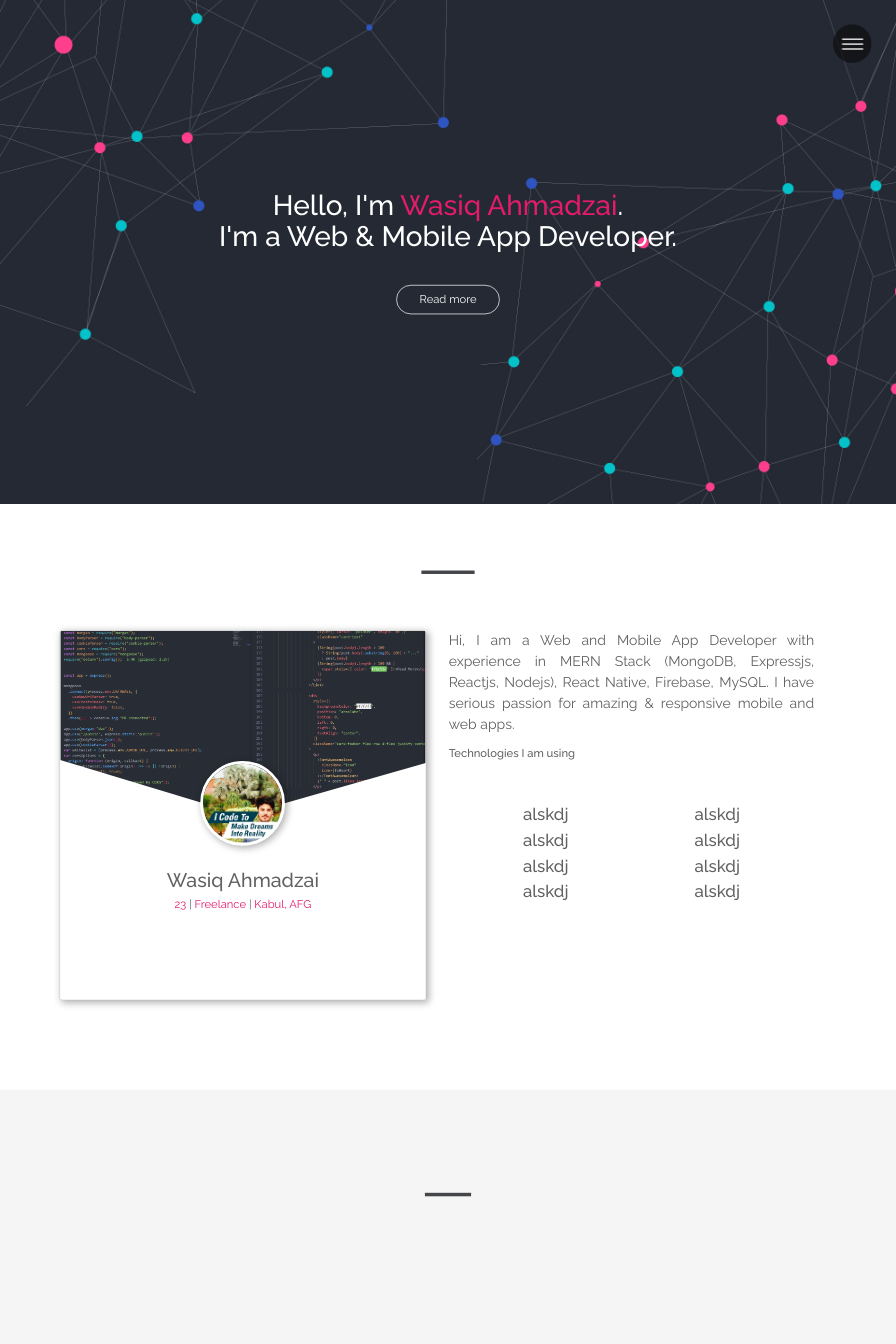
Repository: wasiqkhan/wasiqkhan.github.io
Page: index.html
The author's editor kept a copy of each file at every save. The page is drawn from the files as they stood at one save, then again after the next save.
The browser window is 1280 px wide. The pictures show the part of the page from y = 0 to 1920 px (the page is 5002 px tall), at 70% of full size.
Some web fonts or font styles are not loaded; a fallback is used.

Above is the page before, as saved 2020-11-06 17:44:22.
Not found: js/all.js
Not found: js/app.js
Not found: js/particles.js

After the next save:
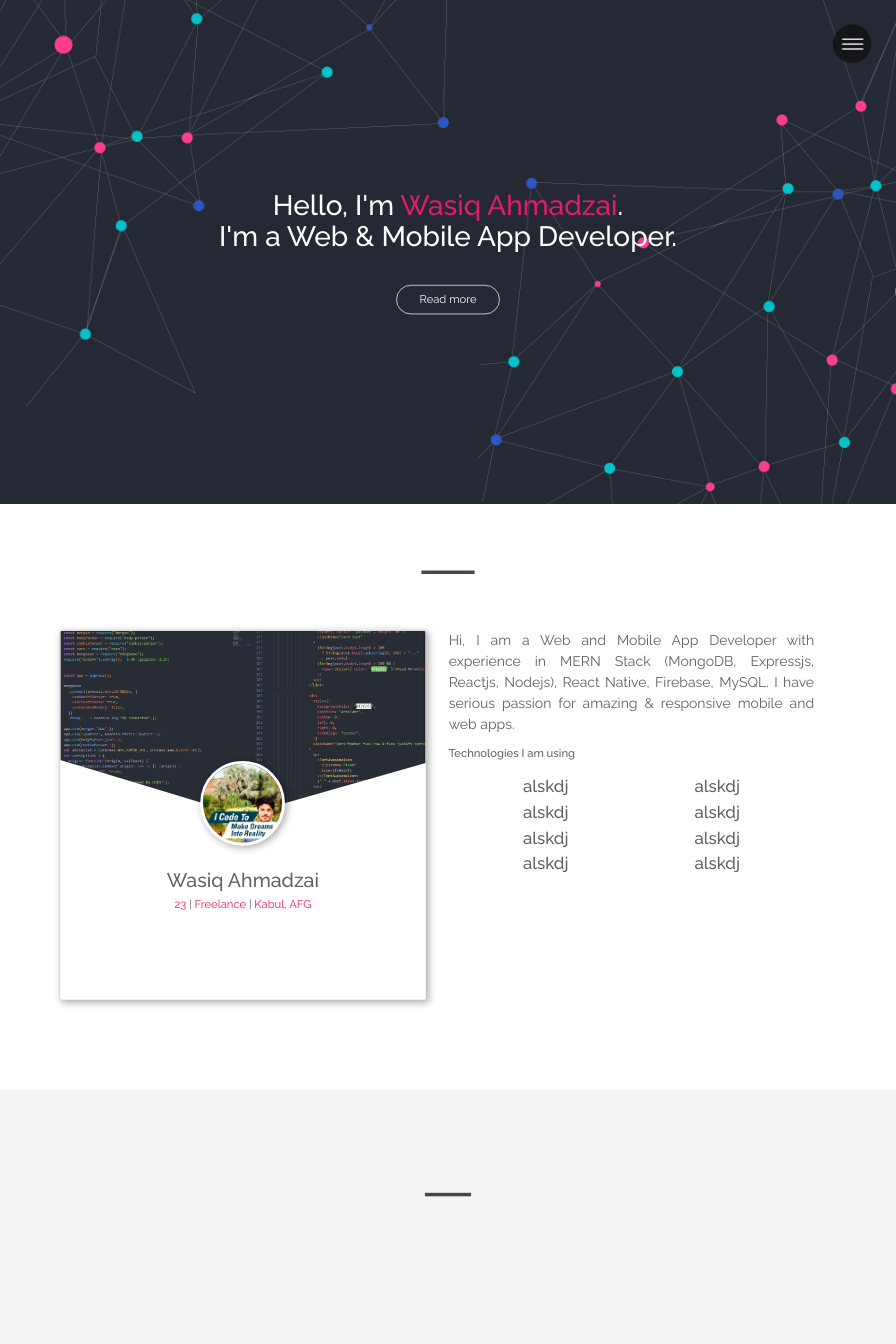
Saved 5 s later.
--- a/css/style.css
+++ b/css/style.css
@@ -446,7 +446,7 @@ a {
   display: flex;
   /* justify-content: space-between; */
   padding: 1rem;
-  margin-top: 40px;
+  /* margin-top: 40px; */
 }
 .skill-item {
   padding: 0.75rem;
